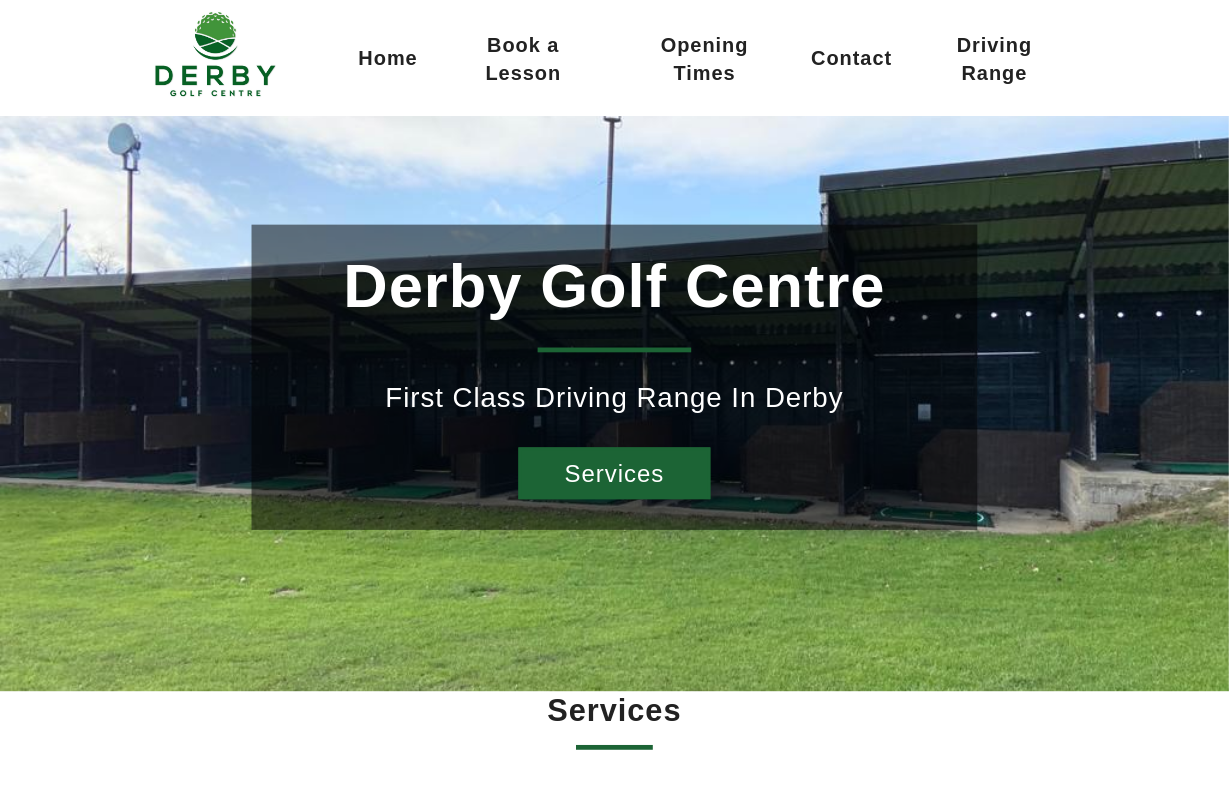
Repository: frankinstyyn/nigeljamesconsulting
Page: /
These files come from the project's save history. The page is drawn as it stood at one moment and after the next save; the edit follows.
The browser window is 1280 px wide. The pictures show the whole page, at 96% of full size.
Some web fonts or font styles are not loaded; a fallback is used. The project was rebuilt for these pictures with package versions that can differ from the ones it lists, and the page was loaded fresh each time. Also part of the build but not shown: src/pages/Lesson.js, src/pages/SingleRoom.js, src/pages/Error.js.

Above is the page before, as saved 2021-01-08 17:35:29.

### public/index.html
<!DOCTYPE html>
<html lang="en">
  <head>
    <meta charset="utf-8" />
    <link rel="icon" href="%PUBLIC_URL%/favicon.ico" />
    <meta name="viewport" content="width=device-width, initial-scale=1" />
    <meta name="theme-color" content="#000000" />
    <meta
      name="description"
      content="Web site created using create-react-app"
    />
    <link rel="apple-touch-icon" href="%PUBLIC_URL%/logo192.png" />
    <!--
      manifest.json provides metadata used when your web app is installed on a
      user's mobile device or desktop. See https://developers.google.com/web/fundamentals/web-app-manifest/
    -->
    <link rel="manifest" href="%PUBLIC_URL%/manifest.json" />
    <!--
      Notice the use of %PUBLIC_URL% in the tags above.
      It will be replaced with the URL of the `public` folder during the build.
      Only files inside the `public` folder can be referenced from the HTML.

      Unlike "/favicon.ico" or "favicon.ico", "%PUBLIC_URL%/favicon.ico" will
      work correctly both with client-side routing and a non-root public URL.
      Learn how to configure a non-root public URL by running `npm run build`.
    -->
    <title>Derby Golf Centre</title>
  </head>
  <body>
    <noscript>You need to enable JavaScript to run this app.</noscript>
    <div id="root"></div>
    <!--
      This HTML file is a template.
      If you open it directly in the browser, you will see an empty page.

      You can add webfonts, meta tags, or analytics to this file.
      The build step will place the bundled scripts into the <body> tag.

      To begin the development, run `npm start` or `yarn start`.
      To create a production bundle, use `npm run build` or `yarn build`.
    -->
  </body>
</html>

### src/index.js
import React from "react";
import ReactDOM from "react-dom";
import "./index.css";
import { BrowserRouter as Router } from "react-router-dom";
import App from "./App";
import reportWebVitals from "./reportWebVitals";

ReactDOM.render(
  <Router>
    <App />
  </Router>,
  document.getElementById("root")
);

// If you want to start measuring performance in your app, pass a function
// to log results (for example: reportWebVitals(console.log))
// or send to an analytics endpoint. Learn more: https://bit.ly/CRA-vitals
reportWebVitals();

### src/index.css
@import url("https://fonts.googleapis.com/css2?family=Darker+Grotesque:wght@300;800&display=swap");

body {
  margin: 0;
  font-family: -apple-system, BlinkMacSystemFont, "Segoe UI", "Roboto", "Oxygen",
    "Ubuntu", "Cantarell", "Fira Sans", "Droid Sans", "Helvetica Neue",
    sans-serif;
  -webkit-font-smoothing: antialiased;
  -moz-osx-font-smoothing: grayscale;
}

code {
  font-family: source-code-pro, Menlo, Monaco, Consolas, "Courier New",
    monospace;
}

### src/App.js
import "./App.css";
import Home from "./pages/Home";
import Lesson from "./pages/Lesson";
import SingleRoom from "./pages/SingleRoom";
import Error from "./pages/Error";

import { Route, Switch } from "react-router-dom";

import Navbar from "./components/Navbar";

function App() {
  return (
    <>
      <Navbar />
      <Switch>
        <Route exact path="/" component={Home} />
        <Route exact path="/lesson" component={Lesson} />
        <Route exact path="/lesson/:slug" component={SingleRoom} />
        <Route component={Error} />
      </Switch>
    </>
  );
}

export default App;

### src/App.css
* {
  margin: 0;
  padding: 0;
  box-sizing: border-box;
  font-family: "Darker Grotesque", sans-serif;
}
:root {
  --primaryColor: #1c6435;
  --mainWhite: #fff;
  --offWhite: #f7f7f7;
  --mainBlack: #222;
  --mainGrey: #ececec;
  --darkGrey: #cfcfcf;
  --mainTransition: all 0.3s linear;
  --mainSpacing: 1px;
  --lightShadow: 2px 5px 3px 0px rgba(0, 0, 0, 0.5);
  --darkShadow: 4px 10px 5px 0px rgba(0, 0, 0, 0.5);
}
/* globals */
body {
  padding-top: 66px;
  color: var(--mainBlack);
  background: var(--mainWhite);
  font-family: Verdana, Geneva, Tahoma, sans-serif;
  line-height: 1.4;
}
h1 {
  font-size: 3em;
  line-height: 1;
  margin-bottom: 0.5em;
}
h2 {
  font-size: 2em;
  margin-bottom: 0.75em;
}
h3 {
  font-size: 1.5em;
  line-height: 1;
  margin-bottom: 1em;
}
h4 {
  font-size: 1.2em;
  line-height: 1.25;
  margin-bottom: 1.25em;
}
h5 {
  font-size: 1em;
  font-weight: bold;
  margin-bottom: 1.5em;
}
h6 {
  font-size: 1em;
  font-weight: bold;
  margin-bottom: 1.5em;
}

.btn-primary {
  display: inline-block;
  text-decoration: none;
  letter-spacing: var(--mainSpacing);
  color: var(--mainWhite);
  background: var(--primaryColor);
  padding: 0.4rem 0.9rem;
  border: 3px solid var(--primaryColor);
  transition: var(--mainTransition);
  /* text-transform: uppercase; */
  cursor: pointer;
  width: 200px;
  font-size: 25px;
}
.btn-primary:hover {
  background: transparent;
  color: var(--primaryColor);
}
.loading {
  text-transform: capitalize;
  text-align: center;
  margin-top: 3rem;
}
.error {
  text-align: center;
  text-transform: uppercase;
  margin: 2rem 0;
}
.empty-search {
  text-align: center;
  text-transform: capitalize;
  margin: 2rem 0;
  padding: 1rem;
  letter-spacing: var(--mainSpacing);
}
/* end of globals */
/* Navbar */
.logo {
  height: 91px;
}
.navbar {
  position: fixed;
  top: 0;
  left: 0;
  width: 100%;
  padding: 0.75rem 2rem;
  background: var(--mainWhite);
  z-index: 1;
  display: inline-block;
  vertical-align: middle;
  text-align: center;
}
.nav-header {
  display: flex;
  justify-content: space-between;
}
.nav-btn {
  background: transparent;
  border: none;
  cursor: pointer;
  outline: none;
  color: red;
}
.nav-icon {
  font-size: 1.5rem;
  color: var(--primaryColor);
}
.nav-links {
  height: 0;
  overflow: hidden;
  transition: var(--mainTransition);
  list-style-type: none;
  align-items: center;
}
.nav-links a {
  display: block;
  text-decoration: none;
  padding: 1rem;
  color: var(--mainBlack);
  transition: var(--mainTransition);
  text-align: center;
  font-size: 1.3rem;
  font-weight: 600;
  letter-spacing: var(--mainSpacing);
}
.nav-links a:hover {
  color: var(--mainWhite);
  background: var(--primaryColor);
}

.show-nav {
  height: 310px;
}
@media screen and (min-width: 1028px) {
  .nav-btn {
    display: none;
  }
  .nav-center {
    max-width: 1170px;
    margin: 0 10%;
    display: flex;
  }
  .nav-links {
    height: auto;
    display: flex;
    margin-left: 4rem;
  }
  .nav-links a {
    /* margin: 0 1rem; */
    padding: 1rem;
  }
}
/* end of navbar */
/* Hero */
.defaultHero,
.lessonHero {
  min-height: calc(100vh - 66px);
  background: url("./images/defaultBcg.jpeg") center/cover no-repeat;
  display: flex;
  align-items: center;
  justify-content: center;
}
.lessonHero {
  background-image: url("./images/room-2.jpeg");
  /* min-height: 60vh; */
}
/* End of Hero */
/* Banner */
.banner {
  display: inline-block;
  background: rgba(0, 0, 0, 0.5);
  color: var(--mainWhite);
  padding: 2rem 1rem;
  text-align: center;
  text-transform: capitalize;
  letter-spacing: var(--mainSpacing);
}
.banner h1 {
  font-size: 2.5rem;
}
.banner div {
  width: 10rem;
  height: 5px;
  background: var(--primaryColor);
  margin: 1.7rem auto;
}
.banner p {
  font-size: 1.8rem;
  margin-bottom: 2rem;
}
@media screen and (min-width: 576px) {
  .banner {
    padding: 2rem 3rem;
  }
  .banner h1 {
    font-size: 3rem;
  }
}
@media screen and (min-width: 992px) {
  .banner {
    padding: 2rem 6rem;
  }
  .banner h1 {
    font-size: 4rem;
  }
}
/* End of Banner */
/* Title */
.section-title {
  text-align: center;
  margin-bottom: 4rem;
}
.section-title h4 {
  font-size: 2rem;
  letter-spacing: var(--mainSpacing);
  text-transform: capitalize;
  margin-bottom: 1rem;
}
.section-title div {
  width: 5rem;
  height: 5px;
  margin: 0 auto;
  background: var(--primaryColor);
}
/* end of Title */

/* services */
.services {
  padding: 5rem 0;
}
.services {
  background: var(--darkGrey);
  text-align: center;
}
.services-center {
  width: 90vw;
  margin: 0 auto;
  display: grid;
  grid-template-columns: repeat(auto-fit, minmax(255px, 1fr));
  grid-row-gap: 2rem;
  grid-column-gap: 50px;
}
.service span {
  display: inline-block;
  color: var(--primaryColor);
  font-size: 2.5rem;
  margin-bottom: 1.5rem;
}
.services h6 {
  letter-spacing: var(--mainSpacing);
}
.services p {
  width: 80%;
  margin: 0 auto;
}
@media screen and (min-width: 992px) {
  .services-center {
    width: 95vw;
    max-width: 1170px;
  }
}

@media screen and (min-width: 1200px) {
  .services p {
    width: 100%;
  }
}
/*end of services */
/* featured rooms */

.featured-rooms {
  padding: 5rem 0;
}
.featured-rooms-center {
  width: 80vw;
  margin: 0 auto;
  display: grid;
  grid-template-columns: repeat(auto-fit, minmax(270px, 1fr));
  grid-row-gap: 2rem;
  grid-column-gap: 40px;
}
@media screen and (min-width: 776px) {
  .featured-rooms-center {
    width: 90vw;
    grid-template-columns: repeat(auto-fit, minmax(330px, 1fr));
  }
}
@media screen and (min-width: 992px) {
  .featured-rooms-center {
    width: 95vw;
    max-width: 1170px;
  }
}
/* end pf featured rooms */
/* room */
.room {
  box-shadow: var(--lightShadow);
  transition: var(--mainTransition);
}
.room:hover {
  box-shadow: var(--darkShadow);
}

.img-container {
  position: relative;
}
.img-container img {
  width: 100%;
  display: block;
  transition: var(--mainTransition);
}
.price-top {
  position: absolute;
  top: 0;
  left: 0;
  background: rgba(0, 0, 0, 0.8);
  color: var(--mainWhite);
  padding: 0.3rem 0.6rem 0.5rem;
  border-bottom-right-radius: 1rem;
  font-size: 0.5rem;
  text-align: center;
  transition: var(--mainTransition);
}
.price-top h6 {
  margin-bottom: 0;
  font-size: 0.9rem;
  font-weight: 300;
  letter-spacing: var(--mainSpacing);
}
.room-link {
  position: absolute;
  top: 50%;
  left: 50%;
  transform: scale(0);
  transition: all 0.3s linear;
}
.img-container:hover {
  background: rgba(0, 0, 0, 0.8);
}
.img-container:hover img {
  opacity: 0.3;
}
.img-container:hover .price-top {
  opacity: 0;
}
.img-container:hover .room-link {
  transform: translate(-50%, -50%) scale(1);
}
.room-info {
  background: var(--darkGrey);
  text-transform: capitalize;
  padding: 0.5rem 0;
  text-align: center;
  font-weight: 700;
  letter-spacing: var(--mainSpacing);
}
/* end of room  */
/* single room*/

.single-room {
  padding: 5rem 0 0 0;
}
.single-room-images {
  width: 80vw;
  margin: 0 auto;
  display: grid;
  grid-template-columns: repeat(auto-fit, minmax(350px, 1fr));
  grid-row-gap: 2rem;
  grid-column-gap: 50px;
}
.single-room-images img {
  width: 100%;
  display: block;
}
.single-room-info {
  width: 80vw;
  display: grid;
  grid-template-columns: 1fr;
  margin: 2rem auto;
}
.desc,
.info {
  margin: 1rem 0;
}
.desc h3 {
  text-transform: capitalize;
  letter-spacing: var(--mainSpacing);
}
.desc p {
  line-height: 1.5;
}
.info h3,
.info h6 {
  text-transform: capitalize;
  letter-spacing: var(--mainSpacing);
}

.info h6 {
  font-weight: 300;
}
.room-extras {
  width: 80vw;
  margin: 0 auto 3rem auto;
}
.room-extras h6 {
  text-transform: capitalize;
  letter-spacing: var(--mainSpacing);
}
.extras {
  list-style-type: none;
  display: grid;
  grid-template-columns: repeat(auto-fit, minmax(330px, 1fr));
  grid-column-gap: 2rem;
  grid-row-gap: 1rem;
}
@media screen and (min-width: 992px) {
  .single-room-images,
  .single-room-info,
  .room-extras {
    width: 95vw;
    max-width: 1170px;
  }
  .single-room-info {
    display: grid;
    grid-template-columns: 1fr 1fr;
    grid-column-gap: 2rem;
  }
  .info {
    padding-left: 3rem;
  }
}
/* end of single room*/
/* roomlist */
.roomslist {
  padding: 5rem 0;
}
.roomslist-center {
  width: 80vw;
  margin: 0 auto;
  display: grid;
  grid-template-columns: repeat(auto-fill, minmax(270px, 1fr));
  grid-row-gap: 2rem;
  grid-column-gap: 30px;
}

@media screen and (min-width: 776px) {
  .roomslist-center {
    width: 90vw;
  }
}
@media screen and (min-width: 992px) {
  .roomslist-center {
    width: 95vw;
    max-width: 1170px;
  }
}
/* end of roomlist */
/*  rooms fitler*/
.filter-container {
  padding: 5rem 0;
}
.filter-form {
  width: 60vw;
  margin: 0 auto;
  display: grid;
  grid-template-columns: repeat(auto-fit, minmax(202px, 1fr));
  grid-row-gap: 2rem;
  grid-column-gap: 40px;
}
.form-group {
  text-transform: capitalize;
}
.form-group label {
  display: block;
  letter-spacing: var(--mainSpacing);
  margin-bottom: 0.5rem;
}
.form-control {
  width: 100%;
  background: transparent;
  font-size: 1rem;
}
.size-inputs {
  display: flex;
}
.size-input {
  width: 40%;
  padding: 0.2rem;
  border: 1px solid var(--mainBlack);
  border-radius: 0.3rem;
  margin-right: 0.3rem;
}
.single-extra label {
  display: inline-block;
  font-size: 0.8rem;
  margin-left: 0.5rem;
}
@media screen and (min-width: 776px) {
  .filter-form {
    width: 70vw;
  }
}
@media screen and (min-width: 992px) {
  .filter-form {
    width: 95vw;
    max-width: 1170px;
  }
}
/* end of rooms fitler*/

### src/pages/Home.js
import React from "react";
import Hero from "../components/Hero";
import Banner from "../components/Banner";
import { Link } from "react-router-dom";
import Services from "../components/Services"

export default function Home() {
  return (
    <>
    <Hero hero="defaultHero" >
      <Banner title="Derby Golf Centre" subtitle="First class Driving Range in Derby">
        <Link to="/lesson" className="btn-primary">
          Services
      </Link>
      </Banner>
      </Hero>
      <Services />
      </>
  );
}

### src/components/Navbar.js
import React, { Component } from "react";
// import { IoGolf } from "react-icons/io5";
import logo from "../images/sdrlogo.jpeg";
import { FaAlignRight } from "react-icons/fa";
import { Link } from "react-router-dom";

export default class Navbar extends Component {
  state = {
    isOpen: false,
  }
  handleToggle = () => {
    this.setState({ isOpen: !this.state.isOpen });
  }
  render() {
    return <nav className="navbar">
      <div class="nav-center">
        <div class="nav-header">
          <Link to="/">
            <img className="logo" src={logo} alt="Derby Golf Centre" />
          </Link>
          <button type="button" className="nav-btn" onClick={this.handleToggle}>
            <FaAlignRight className="nav-icon" />
          </button>
        </div>
        <ul className={this.state.isOpen ? "nav-links show-nav" : "nav-links"}>
          <li>
            <Link to="/">Home</Link>
          </li>
          <li>
            <Link to="/lesson">Book a Lesson</Link>
          </li>
          <li>
            <Link to="/opening-times">Opening Times</Link>
          </li>
          <li>
            <Link to="/contact">Contact</Link>
          </li>
          <li>
            <Link to="/driving-range">Driving Range</Link>
          </li>
        </ul>
      </div>
    </nav>;
  }
}

### src/components/Hero.js
import React from 'react'

export default function Hero({children, hero}) {
    return (
        <header className={hero}>{children}</header>
    )
}

### src/components/Banner.js
import React from 'react'

export default function Banner({children,title,subtitle}) {
    return (
        <div className="banner">
            <h1>{title}</h1>
            <div></div>
            <p>{subtitle}</p>
            {children}
        </div>
    )
}

### src/components/Services.js
import React, { Component } from 'react'
import { FaGolfBall, FaStoreAlt } from 'react-icons/fa'
import golfclub from '../images/golf-club.svg'
import Title from "./Title"


export default class Services extends Component {
    state = {
        services: [
            {
                icon: <FaGolfBall />,
                title: "Driving Range",
                info: "Driving range in Derby with 25 bays, multiple tees etc"
            },
            {
                icon: <FaStoreAlt />,
                title: "Golf Shop",
                info: "Fully stocked pro shop with all kinds of stuff etc"
            },
            {
                icon: <img src={golfclub} alt="Club Services"/>,
                title: "Club Services",
                info: "Driving range in Derby with 25 bays, multiple tees etc"
            }
        ]
    };
    render() {
        return (
            <section className="Services">
                <Title title="services" />
                <div className="services-center">
                    {this.state.services.map((item, index) => {
                        return (
                            <article key={index} className="service">

                            </article>
                        )
                    })}
                </div>
            </section>
        )
    }
}

Loaded but not shown: src/reportWebVitals.js (common file); src/components/Title.js (common file)

After the next save:
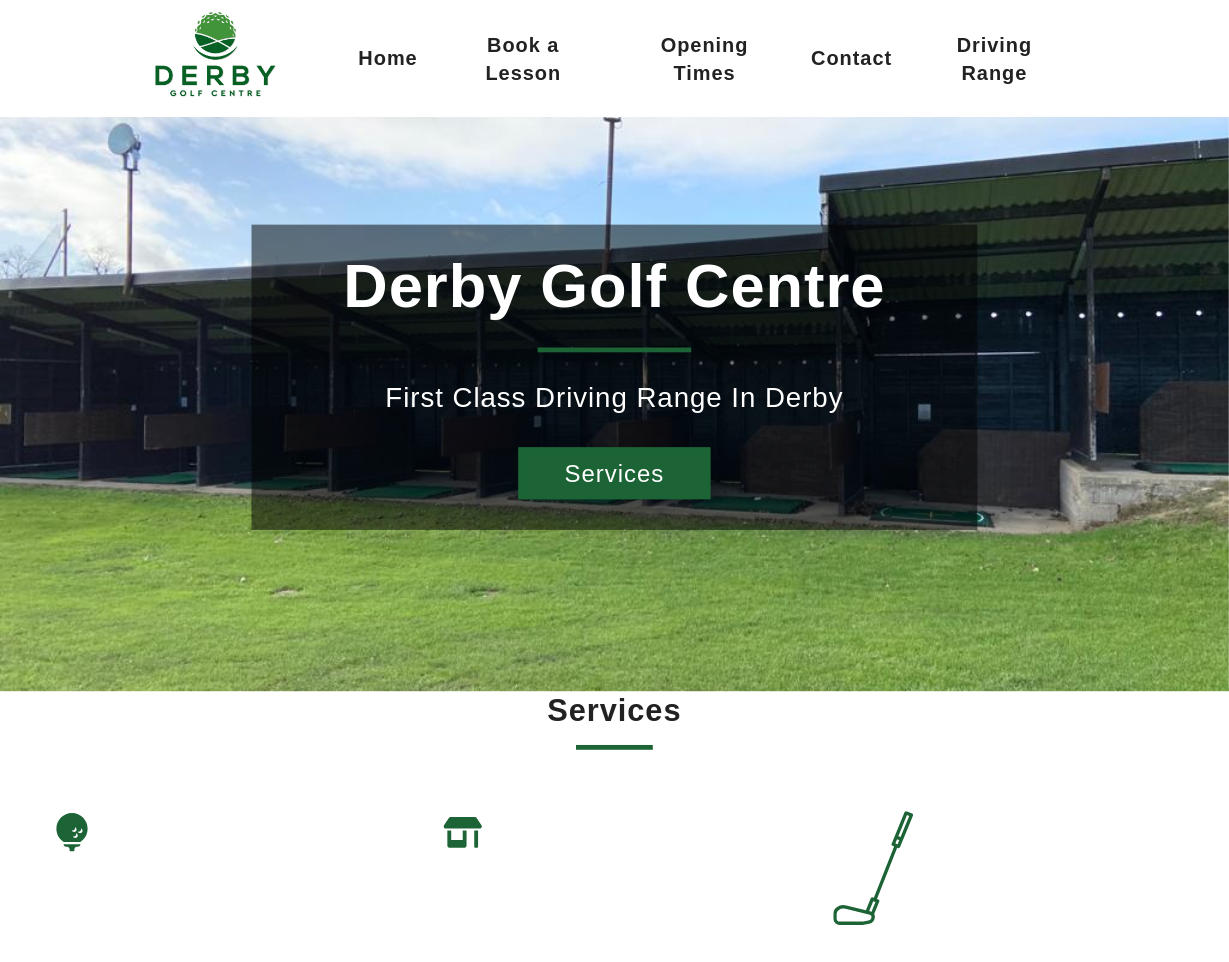
Saved 30 s later.
--- a/src/components/Services.js
+++ b/src/components/Services.js
@@ -32,7 +32,7 @@
                     {this.state.services.map((item, index) => {
                         return (
                             <article key={index} className="service">
-
+                                <span>{ item.icon }</span>
                             </article>
                         )
                     })}
